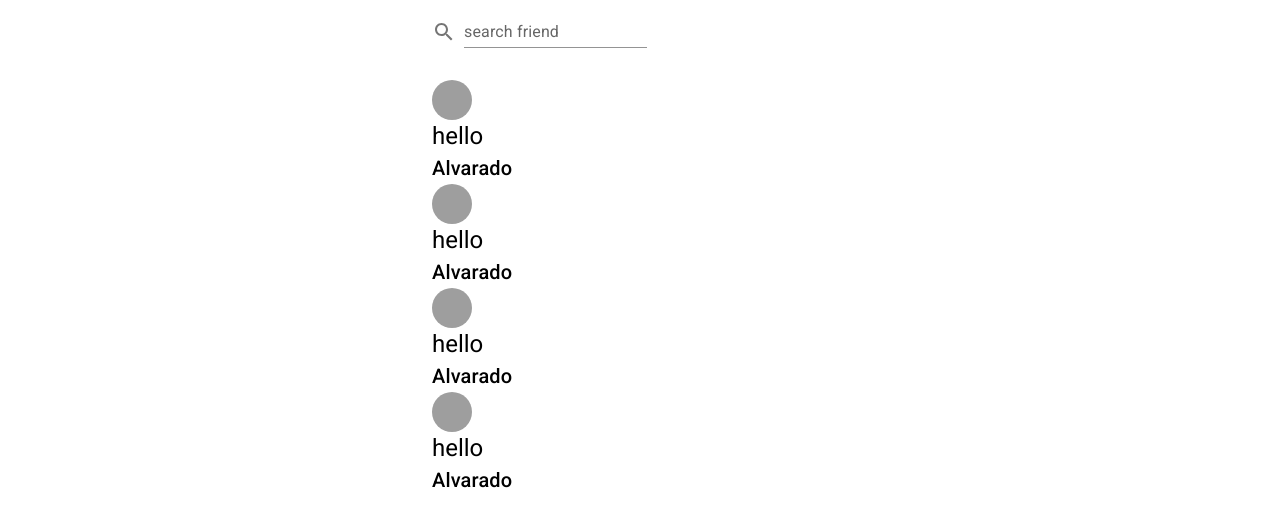
Repository: GokulDev4U/Immence_task
Page: /conversation
The author's editor kept a copy of each file at every save. The page is drawn from the files as they stood at one save, then again after the next save.
The browser window is 1280 px wide. The pictures show the whole page.
Pictures or frames that could not be fetched are drawn as grey boxes. The project was rebuilt for these pictures with package versions that can differ from the ones it lists, and the page was loaded fresh each time. Also part of the build but not shown: src/App.css, src/components/SinglePost/SinglePost.jsx, src/components/Home/Home.jsx.

Above is the page before, as saved 2022-05-07 15:48:07.

After the next save:
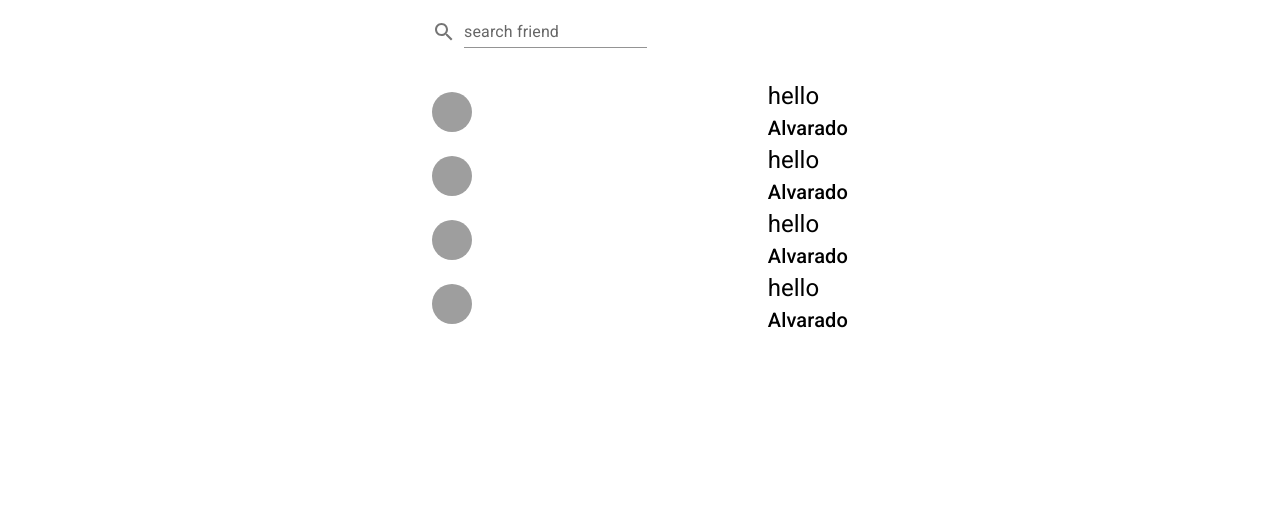
Saved 82 s later.
--- a/src/components/ConversationList/ConversationList.jsx
+++ b/src/components/ConversationList/ConversationList.jsx
@@ -3,10 +3,11 @@ import Typography from '@mui/material/Typography';
 import Avatar from '@mui/material/Avatar';
 import Grid from '@mui/material/Grid';
 import Box from '@mui/material/Box';
+import { display } from '@mui/system';
 
 const ConversationList = ({ name, status, img }) => {
     return (
-        <Box>
+        <Box sx={{ display: 'flex', justifyContent: 'space-between', alignItems: 'center' }}>
             <Avatar alt="Img" src={img} />
             <Box>
                 <Typography variant="h5">hello</Typography>
